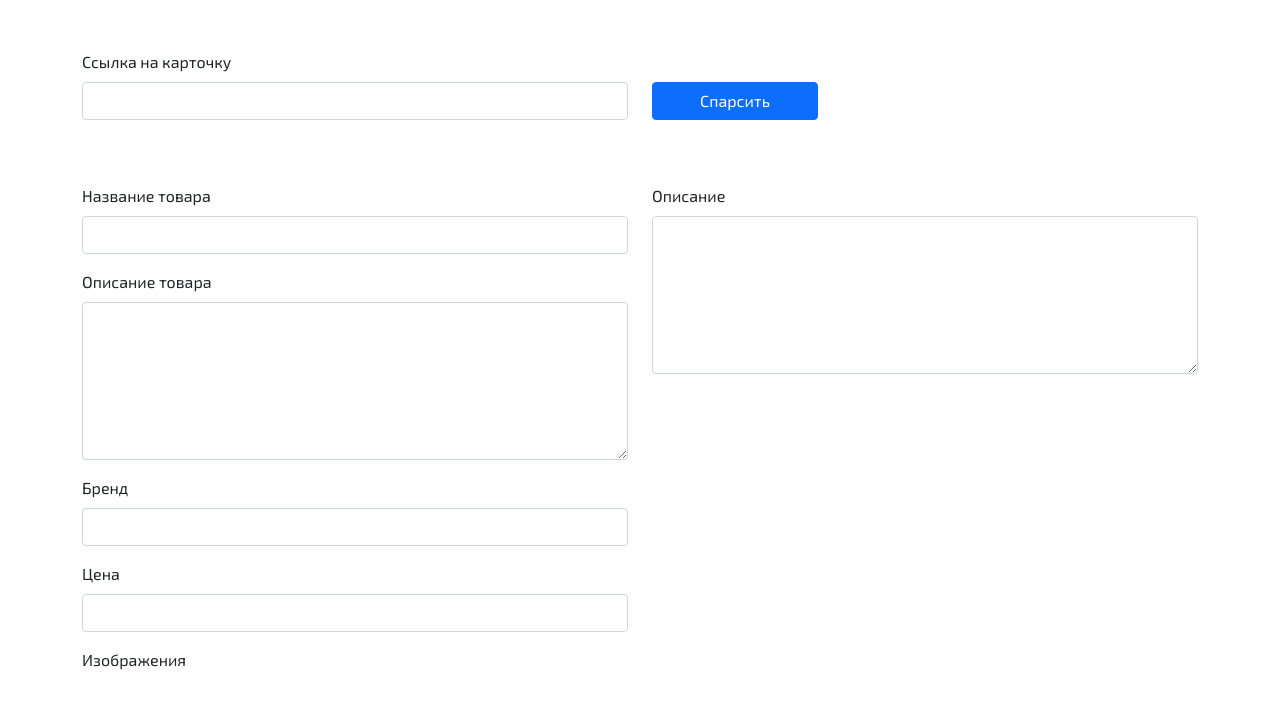
Repository: yozuul/wildberries-product-card-parser-api-exchange
Page: public/index.html
The author's editor kept a copy of each file at every save. The page is drawn from the files as they stood at one save, then again after the next save.
The browser window is 1280 px wide. The pictures show the whole page.

Above is the page before, as saved 2021-08-18 20:12:01.

### public/index.html
<!DOCTYPE html>
<html lang="en">

<head>
   <meta charset="UTF-8">
   <meta http-equiv="X-UA-Compatible" content="IE=edge">
   <meta name="viewport" content="width=device-width, initial-scale=1.0">
   <title>Document</title>
   <link href="https://cdn.jsdelivr.net/npm/bootstrap@5.1.0/dist/css/bootstrap.min.css" rel="stylesheet"
      integrity="sha384-KyZXEAg3QhqLMpG8r+8fhAXLRk2vvoC2f3B09zVXn8CA5QIVfZOJ3BCsw2P0p/We" crossorigin="anonymous">
   <link rel="stylesheet" href="style.css">
</head>

<body>
   <div class="container">
      <form class="row parser_form_wrapper align-items-end">
         <div class="mb-3 col-6">
            <label for="cardProductURL" class="form-label">Ссылка на карточку</label>
            <input type="text" class="form-control" id="cardProductURL">
         </div>
         <div class="col-2 mb-3">
            <button type="submit" class="btn btn-primary col-12">Спарсить</button>
         </div>
      </form>
   </div>
   <form class="container mt-5">
      <div class="row">
         <div class="col">
            <div class="mb-3">
               <label for="productName" class="form-label">Название товара</label>
               <input type="text" class="form-control" id="productName">
            </div>
            <div class="mb-3">
               <label for="productDesc" class="form-label">Описание товара</label>
               <textarea type="text" class="form-control" id="productDesc" rows="6"></textarea>
            </div>
            <div class="mb-3">
               <label for="productBrand" class="form-label">Бренд</label>
               <input type="text" class="form-control" id="productBrand">
            </div>
            <div class="mb-3">
               <label for="productPrice" class="form-label">Цена</label>
               <input type="text" class="form-control" id="productPrice">
            </div>
            <div class="mb-3">
               <label for="productImages" class="form-label">Изображения</label>
               <!-- <input type="text" class="form-control" id="productImages"> -->
            </div>
         </div>
         <div class="col">
            <label for="productName" class="form-label">Описание</label>
            <textarea type="text" class="form-control" id="productDesc" rows="6"></textarea>
         </div>
      </div>
   </form>
   <script src="index.js"></script>
</body>
</html>

### public/style.css
@import url('https://fonts.googleapis.com/css2?family=Exo+2&display=swap');

* {
   font-family: 'Exo 2', sans-serif;
}

body {
   padding: 0;
   margin: 0;
}

.parser_form_wrapper {
   margin-top: 50px;
}
/* .productFormWrapper, .parseFormWrapper {
   max-width: 1200px;
   margin: auto;
   padding-top: 25px;
   padding-bottom: 25px;
}
.parseFormWrapper {
   border-bottom: 1px dotted #9999;
}
.productFormWrapper {
   display: flex;
}
.productFormWrapperLeft {
   margin-right: 50px;
}
.parseForm {
   display: flex;
   flex-wrap: wrap;
   max-width: 550px;
}
.parseForm input {
   width: 550px;
   margin-bottom: 20px;
}
.productForm {
}
.productForm input, .productForm textarea {
   width: 550px;
}
.productForm textarea {
   height: 100px;
   resize: none;
}
.parseFormWrapper p, .productFormWrapper p {
   margin-bottom: 8px;
   margin-top: 0;
}
.inputWrapper {
   margin-bottom: 15px;
} */

Loaded but not shown: index.js (no copy from this time; the picture is the same without it)

After the next save:
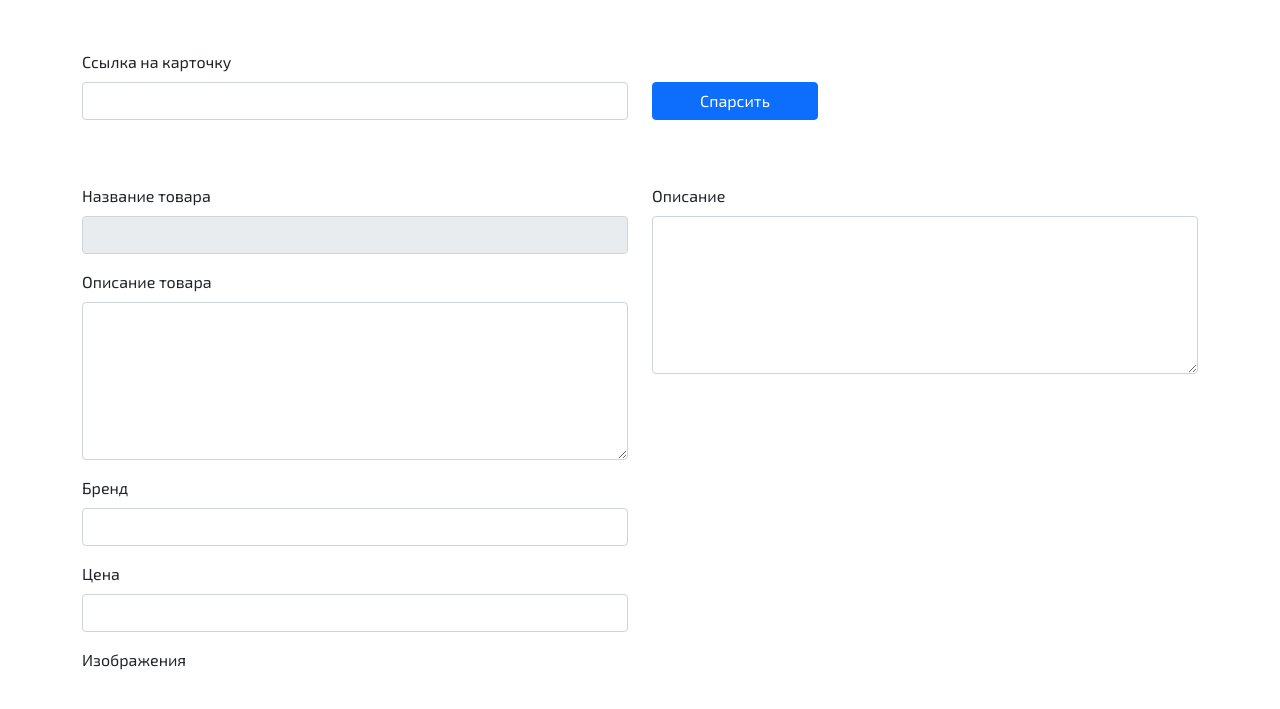
Saved 43 s later.
--- a/public/index.html
+++ b/public/index.html
@@ -28,7 +28,7 @@
          <div class="col">
             <div class="mb-3">
                <label for="productName" class="form-label">Название товара</label>
-               <input type="text" class="form-control" id="productName">
+               <input type="text" class="form-control" id="productName" readonly>
             </div>
             <div class="mb-3">
                <label for="productDesc" class="form-label">Описание товара</label>
